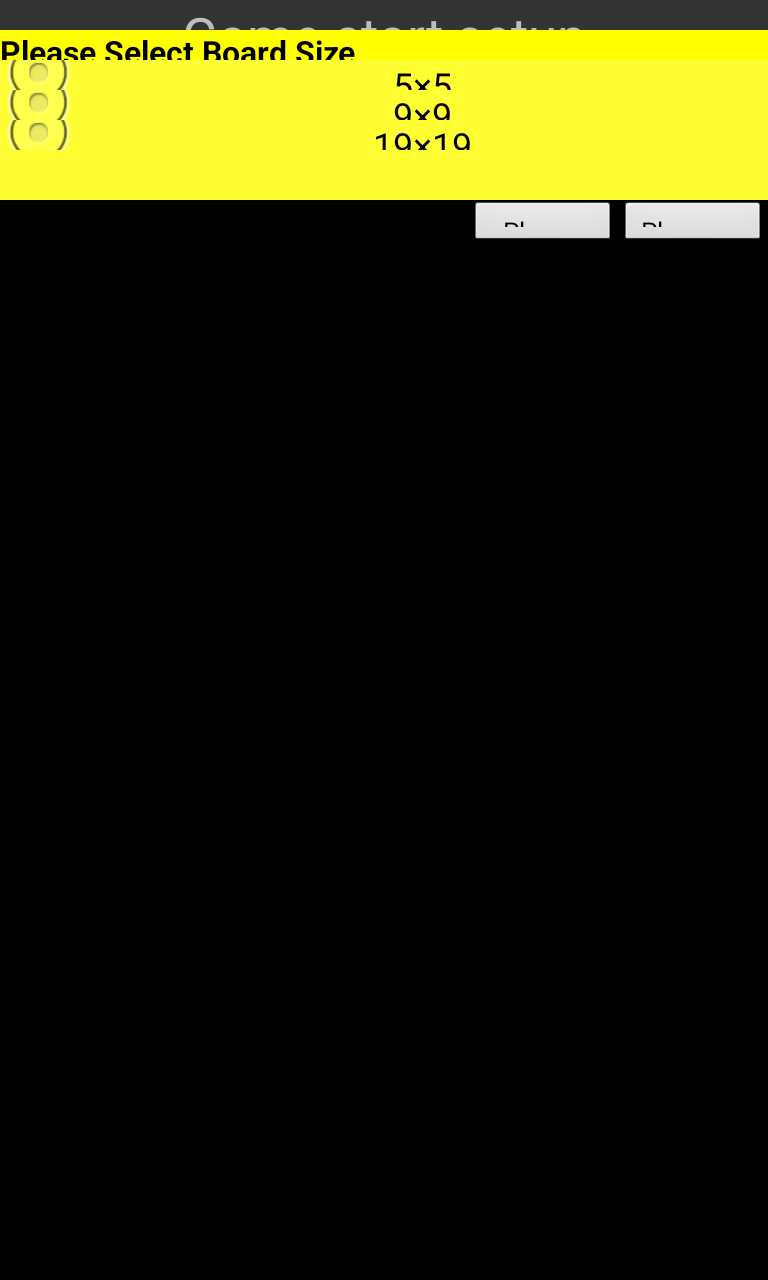
Repository: gulingithub/WeiChi
Layout: WeiChi/res/layout/welcome.xml
The author's editor kept a copy of each file at every save. The layout is drawn from the files as they stood at one save, then again after the next save.
It is drawn on a 768 x 1280 px phone screen (xhdpi) without system bars, with theme android:Theme; the app's code is not run.

Above is the layout before, as saved 2009-10-26 18:54:57.

After the next save:
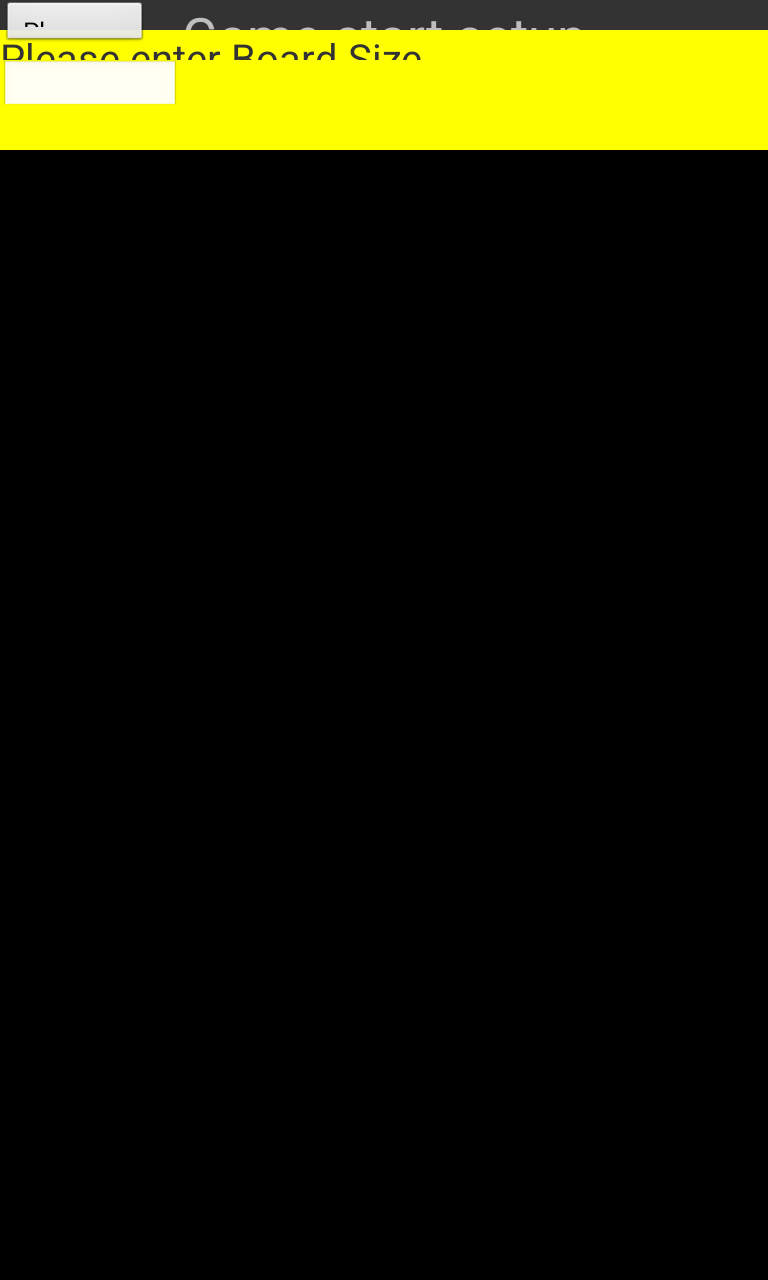
Saved 11 min 1 s later.
--- a/WeiChi/res/layout/welcome.xml
+++ b/WeiChi/res/layout/welcome.xml
@@ -7,14 +7,13 @@ xmlns:android="http://schemas.android.com/apk/res/android"
 >
 
 <LinearLayout
-android:id="@+id/linearlayout"
+android:id="@+id/widget29"
 android:layout_width="fill_parent"
-android:layout_height="200px"
-android:background="#ffffff33"
+android:layout_height="150px"
+android:background="#ffffff00"
 android:orientation="vertical"
 android:layout_alignParentTop="true"
 android:layout_alignParentLeft="true"
-
 >
 <TextView
 android:id="@+id/textview"
@@ -31,53 +30,20 @@ android:layout_gravity="center_vertical"
 android:id="@+id/board"
 android:layout_width="fill_parent"
 android:layout_height="30px"
-android:background="#ffffff00"
-android:text="Please Select Board Size"
-android:textSize="16sp"
-android:textStyle="bold"
-android:textColor="#ff000000"
+android:text="Please enter Board Size"
+android:textSize="9pt"
+android:textColor="#ff333333"
 android:gravity="left"
 >
 </TextView>
-<RadioGroup
-android:id="@+id/widget33"
-android:layout_width="fill_parent"
-android:layout_height="wrap_content"
-android:orientation="vertical"
+<EditText
+android:id="@+id/boardsize"
+android:layout_width="180px"
+android:layout_height="50px"
+android:textSize="18sp"
 >
-<RadioButton
-android:id="@+id/radio1"
-android:layout_width="fill_parent"
-android:layout_height="30px"
-android:text="5×5"
-android:textSize="18sp"
-android:textColor="#ff000000"
-android:gravity="center"
->
-</RadioButton>
-<RadioButton
-android:id="@+id/radio2"
-android:layout_width="fill_parent"
-android:layout_height="30px"
-android:text="9×9"
-android:textSize="18sp"
-android:textColor="#ff000000"
-android:gravity="center"
->
-</RadioButton>
-<RadioButton
-android:id="@+id/radio3"
-android:layout_width="fill_parent"
-android:layout_height="30px"
-android:text="19×19"
-android:textSize="18sp"
-android:textColor="#ff000000"
-android:gravity="center"
->
-</RadioButton>
-</RadioGroup>
+</EditText>
 </LinearLayout>
-
 <Button
 android:id="@+id/computer"
 android:layout_width="150px"
